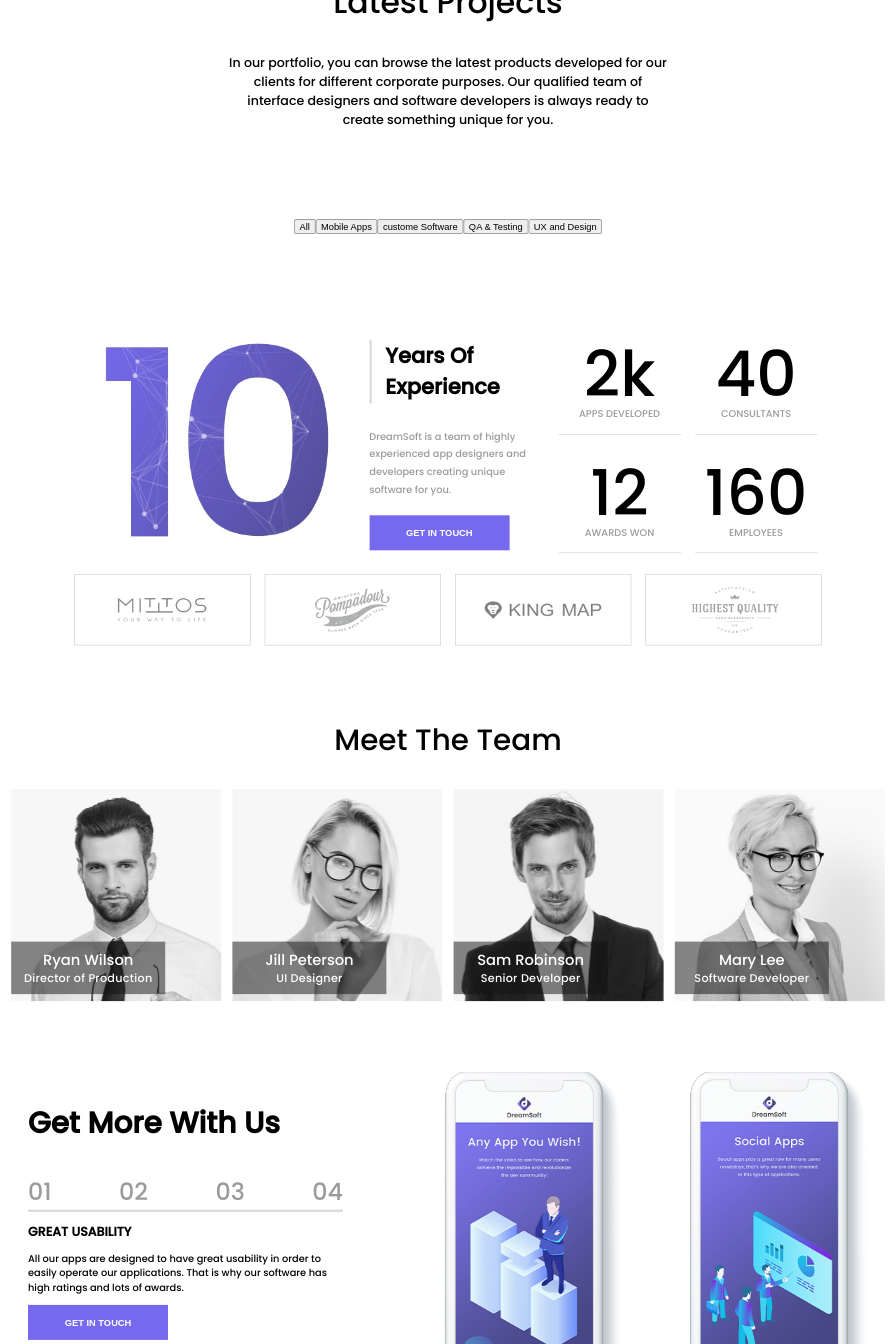
Repository: kkyler24/ladders-bootcamp-awesome
Page: index.html
The author's editor kept a copy of each file at every save. The page is drawn from the files as they stood at one save, then again after the next save.
The browser window is 1280 px wide. The pictures show the part of the page from y = 1463 to 3383 px (the page is 6319 px tall before and 6192 px after), at 70% of full size.

Above is the page before, as saved 2021-03-20 10:01:45.

### index.html
<!DOCTYPE html>
<html lang="en">
  <head>
    <meta charset="UTF-8" />
    <meta name="viewport" content="width=device-width, initial-scale=1.0" />
    <link rel="stylesheet" href="style.css" />
    <link rel="stylesheet" href="kstyle.css" />
    <link rel="preconnect" href="https://fonts.gstatic.com">
    <link href="https://fonts.googleapis.com/css2?family=Poppins:wght@500&display=swap" rel="stylesheet">
    <title>Demo</title>
  </head>
  <body>
    <header></header>
    <nav class="container-nav">
      <a class="logopic">
        <img src="./img/jumbotron/logo-default-191x52.png" alt="MCLA LOGO"   height="63.99" width="220">
      </a>
      <div class="nav-link">
      <ul>
        <li class=" list-inline">
          <a href="./index.html">Home</a>
        </li>
        <li class="nav-item active list-inline">
          <a href="./index.html">About Us</a>
        </li>
        <li class="nav-item active list-inline">
          <a href="./index.html">Gallery</a>
        </li>
        <li class="nav-item active list-inline">
          <a href="./index.html">Pricing</a>
        </li>
        <li class="nav-item active list-inline">
          <a href="./index.html">Blog</a>
        </li>
      </ul>
    </div>
      <!-- <button></button> -->

    </nav>
    <!-- jumbotron 3 slides -->
    <div id="jumbotron" class="carousel">
      <!-- <ul class ="carousel-indicators">
          <li data-target="#carouselExampleCaptions" data-slide-to="0" class="active"></li>
          <li data-target="#carouselExampleCaptions" data-slide-to="1"></li>
          <li data-target="#carouselExampleCaptions" data-slide-to="2"></li>
          <li data-target="#carouselExampleCaptions" data-slide-to="3"></li>
      </ul> -->
      <div class="container-jumbo">
          <div class="carousel-item">
              <img id="jumboimgOne"src="./img/jumbotron/jess-bailey-q10VITrVYUM-unsplash.jpg"  alt="..." />
              <div class="jumboheadline">
                <h2 class="jumbotext">Mobile App Development</h2><br>
                  <div id="indext">
                    <p class="jumboPara"> Since our establishment, we have delivering high-quality and sutainable <br> software solutions for corporate purpose of worldwide business.</p>
                  </div>

              </div>
          </div>
          <!-- <div class="carousel-item">
              <img src="Assets/diversity2gether.jpg" class="d-block w-100" alt="..." />
              <div class="carousel-caption d-none d-md-block">
                  <h5>We Celebrate diversity</h5>
              </div>
          </div>
          <div class="carousel-item">
              <img src="Assets/womensrights.jpg" class="d-block w-100" alt="..." />
              <div class="carousel-caption d-none d-md-block">
                  <h5> We charise our choices</h5>
              </div>
          </div>
          <div class="carousel-item">
              <img src="Assets/climate.jpg" class="d-block w-100" alt="..." />
              <div class="carousel-caption d-none d-md-block">
                  <h5> We protect whats ours</h5>
              </div> -->
          </div>
      </div>
  </div>
  <!-- <a class="carousel-control-prev" href="#carouselExampleCaptions" role="button" data-slide="prev">
      <span class="carousel-control-prev-icon" aria-hidden="true"></span>
      <span class="sr-only">Previous</span>
  </a>
  <a class="carousel-control-next" href="#carouselExampleCaptions" role="button" data-slide="next">
      <span class="carousel-control-next-icon" aria-hidden="true"></span>
      <span class="sr-only">Next</span>
  </a> -->
</div>

    </section>

    <section class="all-service-section">
      <!-- see all services -->
          <div class="all-services-img">
            <img src="https://ld-wt73.template-help.com/wt_prod-18959/images/index-1-415x592.jpg" alt="" width="415" height="592">
          </div>

          <div class="all-services-container">

              <div class="corporate-solutions-block">
                <h3 class="all-services-h3">See All Services</h3>
                <button class="all-services-button">All Services</button>
              </div>
              <div class="corporate-solutions-block">
                <img src="./img/icon-phone.PNG" alt="">
                <h4 class="services-title-h4">CORPORATE SOLUTIONS</h4>
                <p class="corporate-solutions-text">Need specific software for your company? We are ready to develop it!</p>
              </div>
              <div class="corporate-solutions-block">
                <img src="./img/icon-headset.PNG" alt="">
                <h4 class="services-title-h4">CALL CENTER SOLUTIONS</h4>
                <p class="corporate-solutions-text">Our experts provide custom products of any complexity for call centers.</p>
              </div>
              <div class="corporate-solutions-block">
                <img src="./img/icon-cloud-box.PNG" alt="">
                <h4 class="services-title-h4">CLOUD DEVELOPMENT</h4>
                <p class="corporate-solutions-text">We can also offer you reliable cloud development solutions.</p>
              </div>

          </div>
    </section>

    <section id="sectThree">
      <!-- latest Projects -->
      <div class="latestPro">
        <h1 id="latestPro"> Latest Projects</h1>
        <p id="latestPara">In our portfolio, you can browse the latest products developed for our clients for different corporate purposes. Our qualified team of interface designers and software developers is always ready to create something unique for you.</p>
        <div id="latestRow">
         <div>
         </div>
         <div><button>All</button></div>
         <div><button>Mobile Apps</button></div>
         <div><button>custome Software</button></div>
         <div><button>QA & Testing</button></div>
         <div><button>UX and Design</button></div>
        </div>

      </div>
    </section>

    <section class="achievements-section">
      <!-- achievements -->
      <figure>
      <img src="./img/10.jpg" alt="Animated number ten" height="300" />
      </figure>
      <div class="years-of-experience-container">
        <h1>Years Of Experience</h1>
        <p>
          DreamSoft is a team of highly experienced app designers and developers
          creating unique software for you.
        </p>
        <button class="get-in-touch-button">Get in touch</button>
      </div>
      <div class="achievements-numbers-container">
        <div class="achievements-numbers-block">
          <h2>2k</h2>
          <p>APPS DEVELOPED</p>
        </div>
        <div class="achievements-numbers-block">
          <h2>40</h2>
          <p>CONSULTANTS</p>
        </div>
        <div class="achievements-numbers-block">
          <h2>12</h2>
          <p>AWARDS WON</p>
        </div>
        <div class="achievements-numbers-block">
          <h2>160</h2>
          <p>EMPLOYEES</p>
        </div>
      </div>
      <div class="logo-links-container">
        <figure>
          <img src="./img/clients-9-270x117.png" alt="Mittos Logo" >
        </figure>
        <figure>
          <img src="./img/clients-10-270x117.png" alt="Pompadour Logo" >
        </figure>
        <figure>
          <img src="./img/clients-3-270x117.png" alt="King Map Logo" >
        </figure>
        <figure>
          <img src="./img/clients-11-270x117.png" alt="Highest Quality Logo" >
        </figure>
      </div>
    </section>

    <section class="meet-the-team-section">
      <!-- meet the team -->
      <h2 class="meet-the-team-h2">Meet The Team</h2>

      <div class="meet-the-team-main-container">

          <div class="meet-team-block">
            <img src="./img/ryan-wilson.jpg" alt="">

            <div class="meet-team-text-block">
              <h4 class="meet-the-team-h4">Ryan Wilson</h4>
              <p class="meet-the-team-p">Director of Production</p>
            </div>
          </div>
          <div class="meet-team-block">
            <img src="./img/jill-peterson.jpg" alt="">

            <div class='meet-team-text-block'>
              <h4 class="meet-the-team-h4">Jill Peterson</h4>
              <p class="meet-the-team-p">UI Designer</p>
            </div>
          </div>
          <div class="meet-team-block">
            <img src="./img/sam-robinson.jpg" alt="">

            <div class='meet-team-text-block'>
              <h4 class="meet-the-team-h4">Sam Robinson</h4>
              <p class="meet-the-team-p">Senior Developer</p>
            </div>
          </div>
          <div class="meet-team-block">
            <img src="./img/mary-lee.jpg" alt="">

            <div class='meet-team-text-block'>
              <h4 class="meet-the-team-h4">Mary Lee</h4>
              <p class="meet-the-team-p">Software Developer</p>
            </div>
          </div>

      </div>
    </section>

    <section class="get-more-with-us-section">
      <!-- Get more with us -->
      <section class="get-more-with-us">
        <h1>Get More With Us</h1>
        <div class="numbers">
          <p>01</p>
          <p>02</p>
          <p>03</p>
          <p>04</p>
        </div>
        <h2>GREAT USABILITY</h2>
        <p class="get-more-about-project">
          All our apps are designed to have great usability in
          order to easily operate our applications.
          That is why our software has high ratings and lots of awards.
        </p>
        <button class="get-in-touch-button">Get in touch</button>
        <button class="download-presentation-button">Download presentation</button>
      </section>
      <img src="img/index-4-261x484.png" alt="Screen with Any App You Wish">
      <img src="img/index-5-261x484.png" alt="Screen with Socia Apps">
    </section>

    <section class="what-people-say-section">
      <!-- What People Say -->
      <h2 class="what-people-say-h2">What People Say</h2>

      <div class="what-people-say-main-container">

        <div class="client-container">
          <img src="./img/catherine-wilson.jpg" alt="">
          <div class="client-title">
            <h4 class="client-name-h4">Catherine Williams</h4>
            <p>Regular client</p>
          </div>
          <div class="client-body">
            <p class="client-body-p">DreamSoft offers a high caliber of resources skilled
            in Microsoft Azure .NET, mobile and Quality Assurance. They
            became our true business partners over the past three years.</p>
          </div>
        </div>
        <div class="client-container">
          <img src="./img/rupert-woods.jpg" alt="">
          <div class="client-title">
            <h4 class="client-name-h4">Rupert Wood</h4>
            <p>Regular client</p>
          </div>
          <div class="client-body">
            <p class="client-body-p">DreamSoft powered us with a competent team to develop
            products for banking services. The team has been delivering
            results within budget and time, which is amazing.</p>
          </div>
        </div>
        <div class="client-container">
          <img src="./img/samantha-brown.jpg" alt="">
          <div class="client-title">
            <h4 class="client-name-h4">Samantha Brown</h4>
            <p>Regular client</p>
          </div>
          <div class="client-body">
            <p class="client-body-p">DreamSoft is a highly skilled and uniquely capable
            firm with multitudes of talent on-board. We have
            results within budget and time, which is amazing.
            collaborated on a number of diverse projects that
            have been a great success.</p>
          </div>
        </div>

      </div>

    </section>

    <section class="latest-blog-posts-section">
      <h2 class="what-people-say-h2">Latest Blog Posts</h2>
      <div class="posts-container">
        <div class="post-block">
          <figure>
          <img class="post-cover" src="img/post-10-370x307.jpg">
          <img class="post-date-label" src="img/label.svg">
          <p class="post-label-date">07/04</p>
          </figure>
          <h4 class="block-post-h4">Benefits Of Async/Await</h4>
            <p class="blog-post-p">
            Asynchronous functions are a good and bad thing in JavaScript.
            The good side is that asynchronous functions are non-blocking and…
            </p>
        </div>
        <div class="post-block">
          <figure>
          <img class="post-cover" src="img/post-11-370x307.jpg">
          <img class="post-date-label" src="img/label.svg">
          <p class="post-label-date">07/17</p>
          </figure>
          <h4 class="block-post-h4">Key Considerations Of IPaaS</h4>
            <p class="blog-post-p">
              Digital transformation requires cloud appropriate adoption,
              legacy IT systems modernization, and Agile-based methodologies for faster…
            </p>
        </div>
        <div class="post-block">
          <figure>
          <img class="post-cover" src="img/post-12-370x307.jpg">
          <img class="post-date-label" src="img/label.svg">
          <p class="post-label-date">07/22</p>
          </figure>
          <h4 class="block-post-h4">Hibernate Query Language</h4>
            <p class="blog-post-p">
              In this tutorial, we will discuss the
              Hibernate Query Language. HQL is an object-oriented query language.
              Hibernate Query...
            </p>
        </div>
      </div>
    </section>

    <footer>
      <!-- contacts and info -->
      <section class="footer-contacts">
        <img src="img/logo-inverse-191x52.png" alt="DreamSoft Logo">
        <p class="about-company">
          Our company has been developing high-quality and reliable software
          for corporate needs since 2008. We are renowned professionals of
          software development.</p>
        <div class="address-block-container">
          <div class="one-contact-block">
            <h2>ADDRESS</h2>
            <p>4730 Crystal Springs Dr, Los Angeles, CA 90027</p>
          </div>
          <div class="one-contact-block">
            <h2>PHONES</h2>
            <p>
              <span class="changing-color">+1 323-913-4688</span>
              <span>,</span>
              <span class="changing-color">+1 323-888-4554</span>
            </p>
          </div>
          <div class="one-contact-block">
            <h2>E-MAILS</h2>
            <p>
              <span>info@demolink.org</span>
              <span>,</span>
              <span>mail@demolink.org</span>
            </p>
          </div>
          <div class="social-media-links-container">
            <img src="img/iconfinder_Circled_Facebook.svg" alt="Facebook Icon">
            <img src="img/iconfinder_Circled_Instagram.svg" alt="Facebook Icon">
            <img src="img/iconfinder_Circled_Linkedin.svg" alt="Facebook Icon">
            <img src="img/iconfinder_Circled_Twitter.svg" alt="Facebook Icon">
          </div>
        </div>
      </section>
      <form class="contact-form">
        <h1>Questions? Contact Us</h1>
        <input class="input-field-1" type="text" id="name" name="name" placeholder="Name"><br>
        <input class="input-field-1" type="text" id="email" name="email" placeholder="Email"><br>
        <input class="input-field-2" type="text" id="message" name="message" placeholder="Message"><br>
        <button class="send-message-button">Send message</button>
      </form>
      <section class="what-we-offer">
        <h1>What We Offer</h1>
        <div class="what-we-offer-container">
            <figure class="what-we-offer-item">
              <p>DB Management</p>
              <figure class="triangle"></figure>
            </figure>
            <figure class="what-we-offer-item">
              <p>IOS/MacOS</p>
              <figure class="triangle"></figure>
            </figure>
            <figure class="what-we-offer-item">
              <p>Android Apps</p>
              <figure class="triangle"></figure>
            </figure>
            <figure class="what-we-offer-item">
              <p>Windows Apps</p>
              <figure class="triangle"></figure>
            </figure>
            <figure class="what-we-offer-item">
              <p>UX/UI Apps</p>
              <figure class="triangle"></figure>
          </figure>
        </div>
        </section>
      </footer>
  </body>
</html>

### kstyle.css
html, body{
  overflow-x: hidden;


}

/* Navbar git  */
.container-nav {
  display: flex;
}

.list-inline {
  display: inline;
  list-style-type: none;
  padding-right: 10px;
  font-family: Georgia, "Times New Roman", Times, serif;
}

a.logopic {
  flex-flow: row;
  flex-grow: 3;
}

ul.li.a {
  font-family: "Poppins", sans-serif;
  font-weight: 500;
  color: black;
}

/* Jumbotron */
.jumboPara {
  text-align: center;
}

.jumbotron .container-jumbo {
  max-width: 100%;
  background-color: #222;
}

#jumbotron {
  padding: 30px 0px 30px 0px;
  max-width: 100%;
  text-align: center;
  background-color: transparent;
  overflow: hidden;
  font-family: "Raleway", Helvetica, Arial, sans-serif;
}

.container-jumbo {
  display: flex;
  width: 100%;
  margin: 0 auto;
  height: 561px;
}

.jumbotext {
  color: rgb(2, 2, 2);
  font-weight: 600;
  text-transform: uppercase;
  font-size: 60px;
}

.jumboheadline {
  display: flex;
  flex-direction: column;
  height: 506px;
  justify-content: flex-end;
}

#jumboimgOne {
  z-index: 0;
  position: absolute;
  display: flex;
  /* flex-grow: 1; */
  width: 100%;
  overflow-x: hidden;
}

.carousel-item {
  width: 100%;
}

.carousel-item,
.jumbotext,
#indext {
  position: relative;
  z-index: 2;
}

/* latest Section */

#sectThree{
  display: flex;
  font-family: "Poppins", sans-serif;
  text-align: center;
}

#latestPara{
 font-size: 18px;
 margin: auto 25% auto 25%;
}

#latestPro{
  font-size: 45px;
  font-weight: lighter;
}

#latestRow{
display: flex;
justify-content: center;
margin-top: 10%;
margin-bottom: 10%;

}

Loaded but not shown: style.css (628 lines, source omitted)

After the next save:
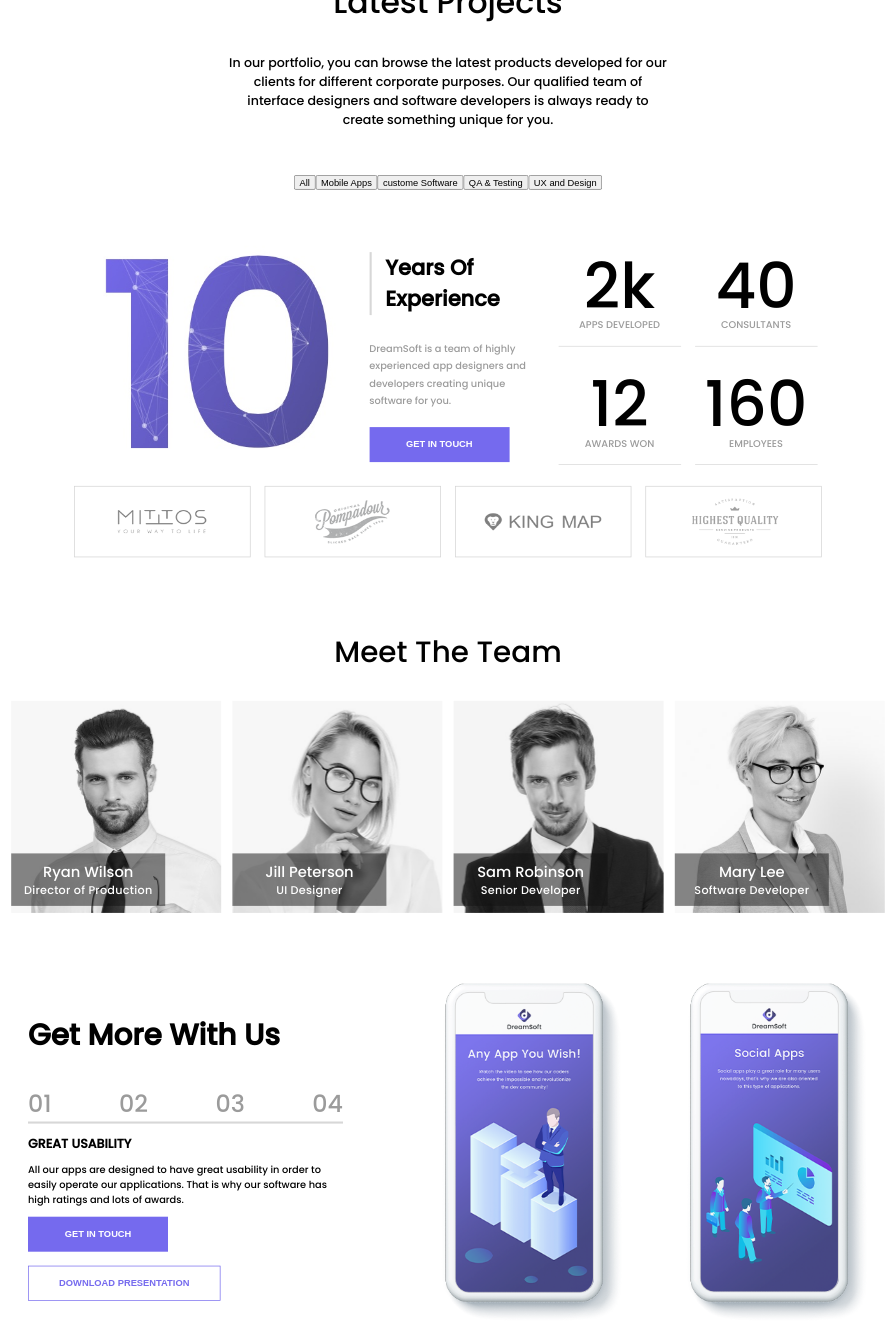
Saved 16 s later.
--- a/kstyle.css
+++ b/kstyle.css
@@ -108,7 +108,7 @@ ul.li.a {
 #latestRow{
 display: flex;
 justify-content: center;
-margin-top: 10%;
-margin-bottom: 10%;
+margin-top: 5%;
+margin-bottom: 5%;
 
 }
